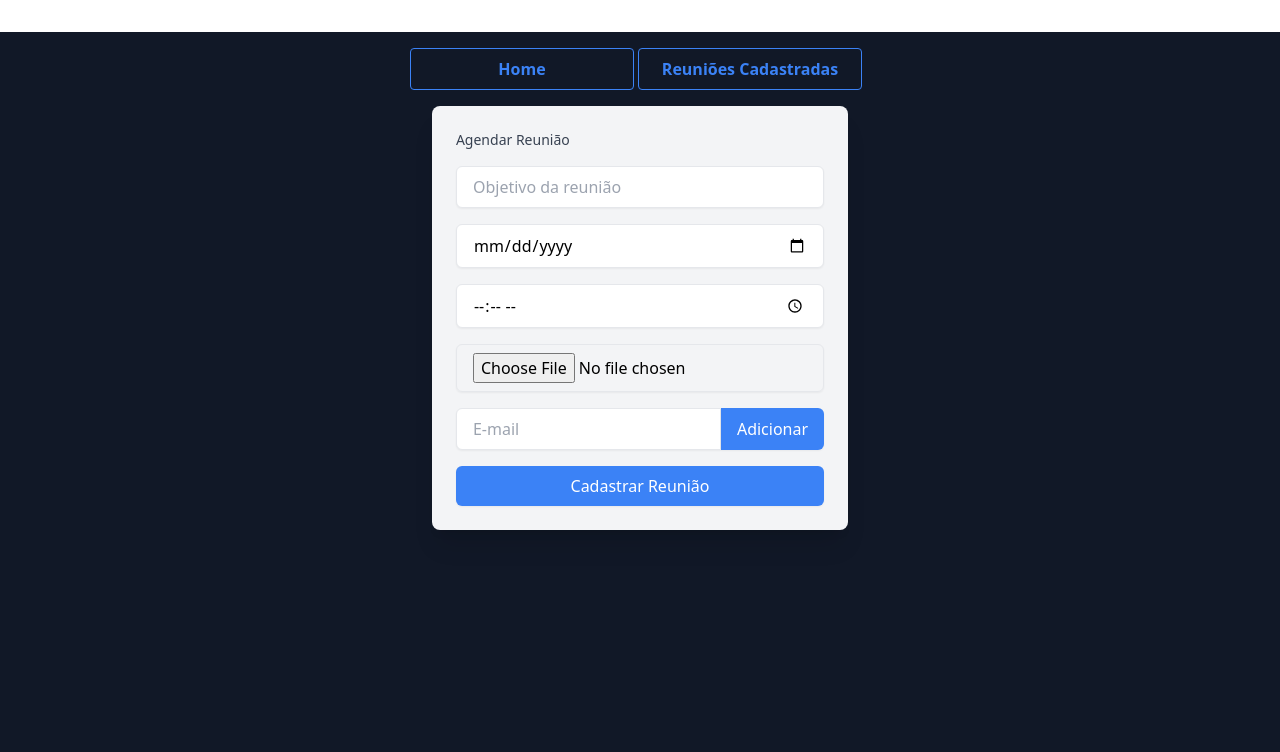
Repository: TamiBeira/meeting
Page: /form
The author's editor kept a copy of each file at every save. The page is drawn from the files as they stood at one save, then again after the next save.
The browser window is 1280 px wide. The pictures show the whole page.
The project was rebuilt for these pictures with package versions that can differ from the ones it lists, and the page was loaded fresh each time. Also part of the build but not shown: vite.config.ts, src/contexts/MeetingsContext.tsx, src/components/MeetingsView.tsx, src/components/HomePage.tsx.

Above is the page before, as saved 2024-02-27 00:10:12.

After the next save:
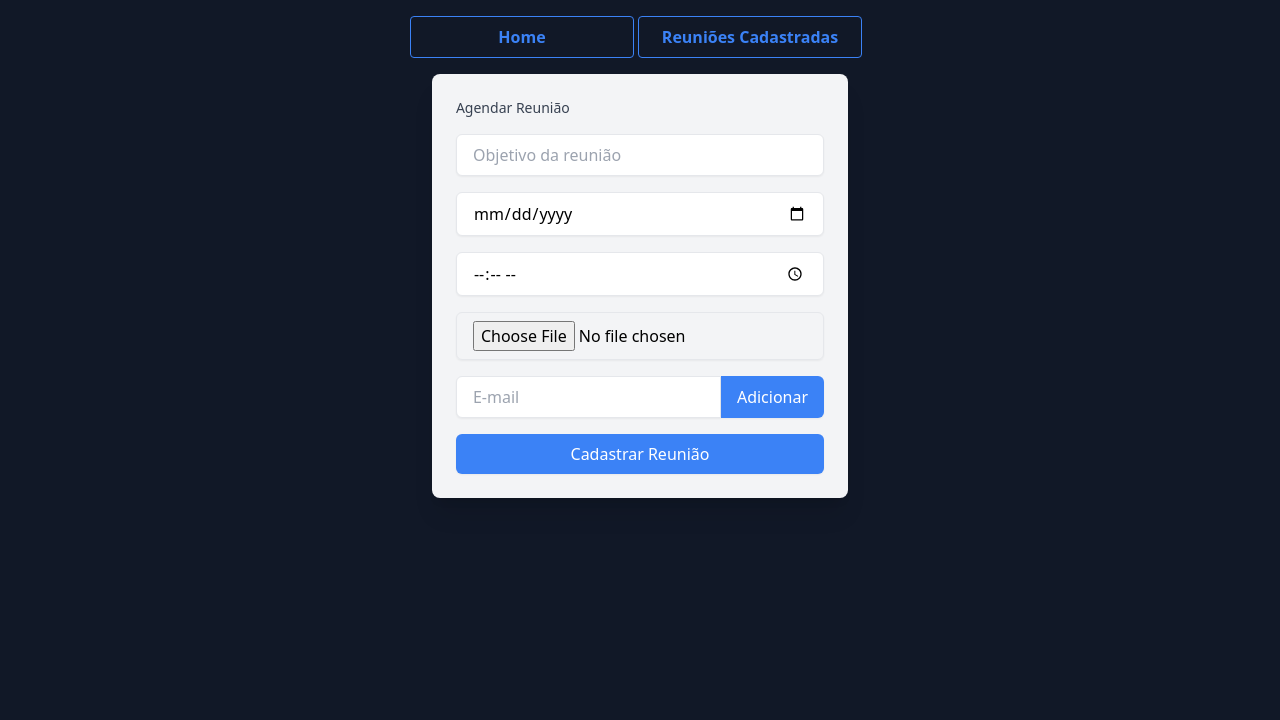
Saved 17 s later.
--- a/src/components/Form.tsx
+++ b/src/components/Form.tsx
@@ -20,7 +20,7 @@ export const Form = () => {
   } = useFormContext();
 
   return (
-<main className="flex flex-col items-center mt-8 bg-gray-900 w-full h-screen">
+<main className="flex flex-col items-center bg-gray-900 w-full h-screen">
       <div className="mt-4 mb-4">
         <Link to="/" className="w-56 mr-1 inline-block text-center border border-solid border-blue-500 text-blue-500 font-bold px-4 py-2 rounded">Home</Link>
         <Link to="/meetings" className="w-56 inline-block text-center border border-solid border-blue-500 text-blue-500 font-bold mr-2 px-4 py-2 rounded">Reuniões Cadastradas</Link>
